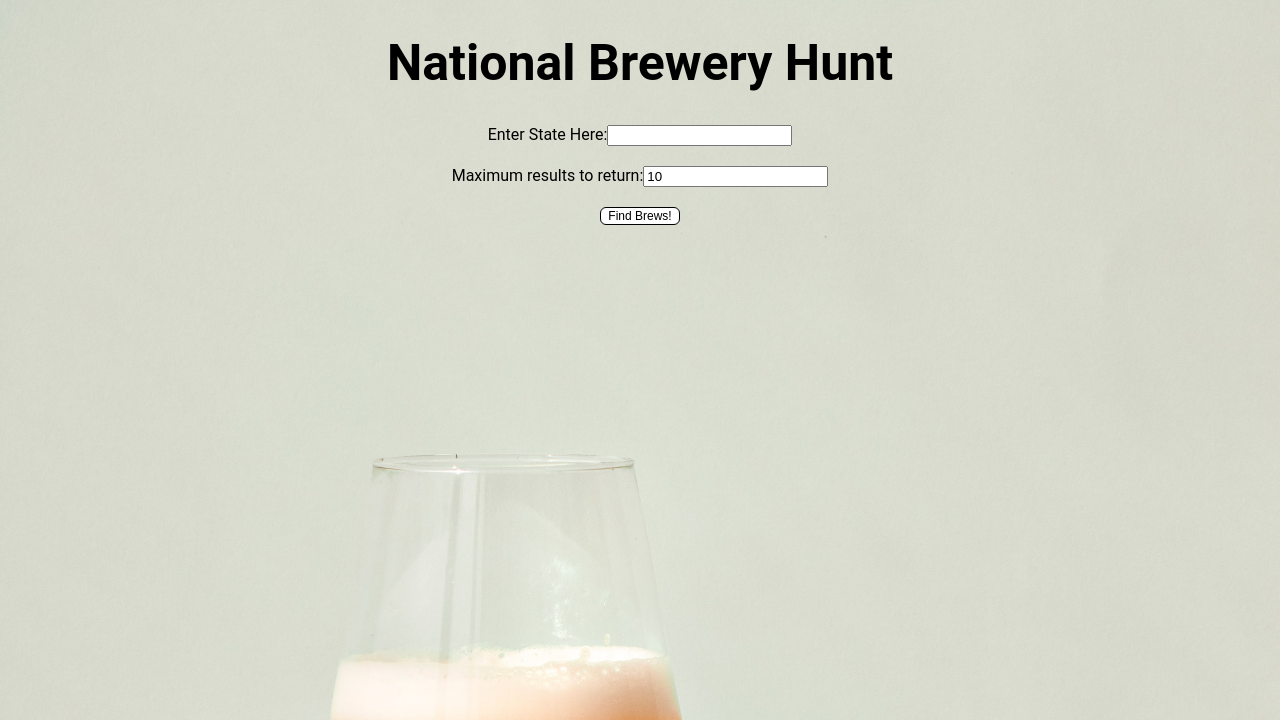
Repository: kaitlynMidori/searchBrews
Page: index.html
The author's editor kept a copy of each file at every save. The page is drawn from the files as they stood at one save, then again after the next save.
The browser window is 1280 px wide. The pictures show the whole page.

Above is the page before, as saved 2021-04-24 11:32:02.

After the next save:
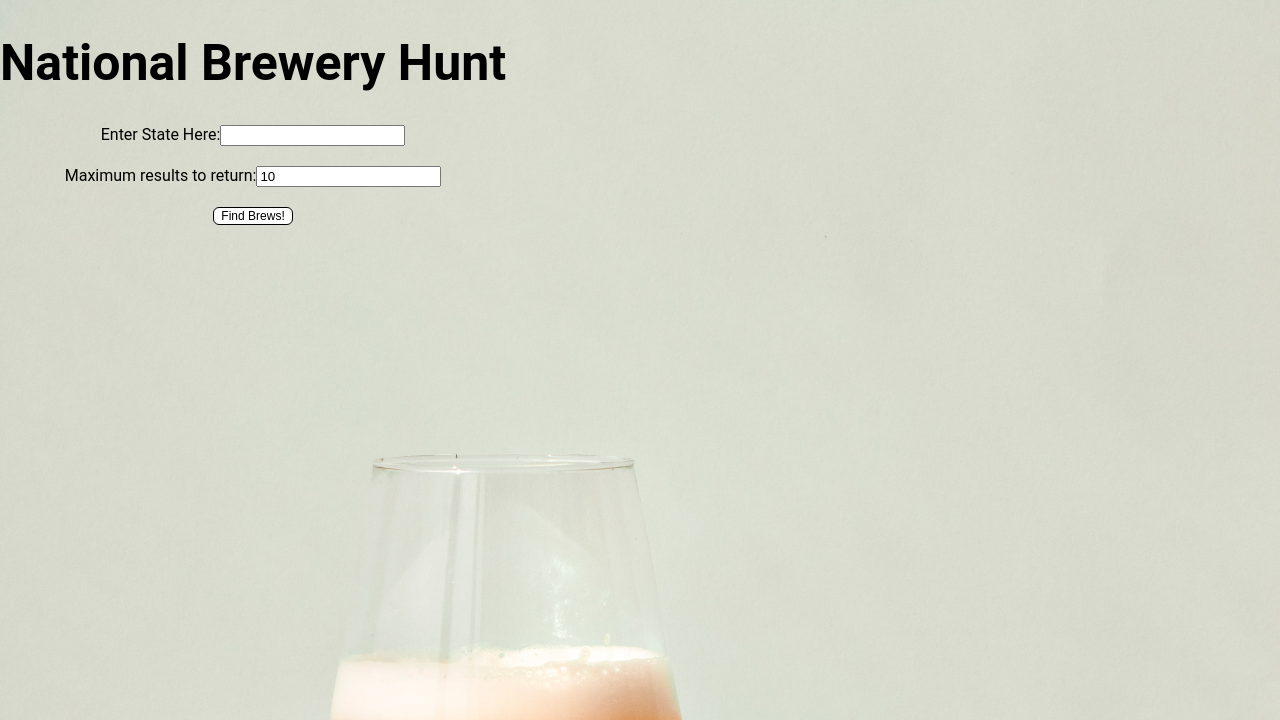
Saved 17 s later.
--- a/style.css
+++ b/style.css
@@ -8,8 +8,8 @@
     background-repeat: no-repeat;
     background-size: cover;
     background-color: black;
-    height: 100%;
-    width: 100%;
+    height: fit-content;
+    width: fit-content;
 }
 
 
